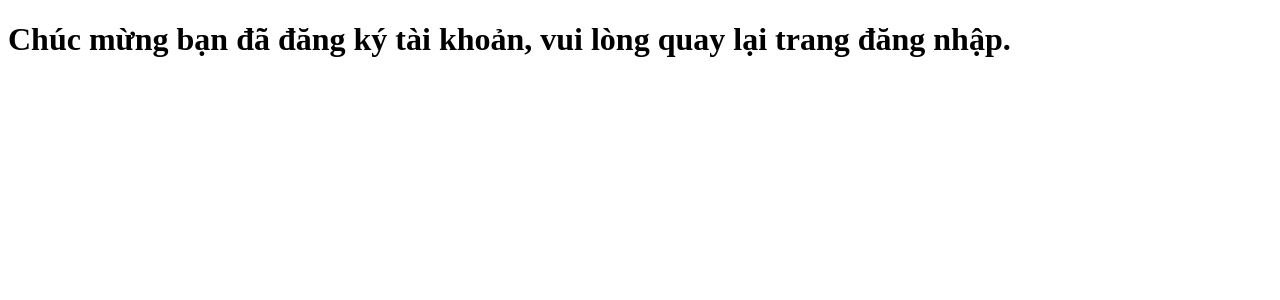
Repository: manhtdxxx/Tour-Booking-Webapp
Page: http://localhost/bookingTour/success.jsp
An editor plug-in stored every save of this project. The page is shown before and after the next save, followed by the edit.
The browser window is 1280 px wide. The pictures show the whole page.
The page is served by Tomcat 9. Other server files are loaded and not shown.

Above is the page before, as saved 2024-11-07 09:44:28.

### bookingTour/src/main/webapp/success.jsp
<%@ page language="java" contentType="text/html; charset=UTF-8" pageEncoding="UTF-8"%>
<!DOCTYPE html>
<html>
<head>
<meta charset="UTF-8">
<title>Insert title here</title>
</head>
<body>
	<div class="container m-5 p-5">
		<h1>Chúc mừng bạn đã đăng ký tài khoản, vui lòng quay lại trang đăng nhập.</h1>
	</div>
</body>
</html>

After the next save:
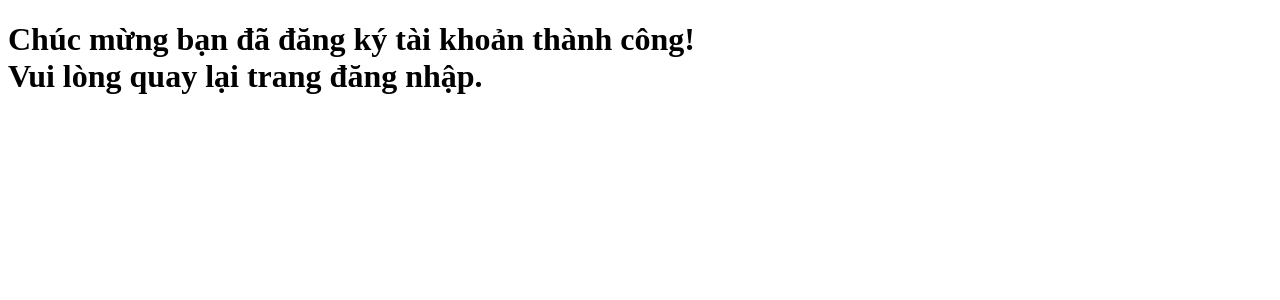
Saved 43 s later.
--- a/bookingTour/src/main/webapp/success.jsp
+++ b/bookingTour/src/main/webapp/success.jsp
@@ -7,7 +7,8 @@
 </head>
 <body>
 	<div class="container m-5 p-5">
-		<h1>Chúc mừng bạn đã đăng ký tài khoản, vui lòng quay lại trang đăng nhập.</h1>
+		<h1>Chúc mừng bạn đã đăng ký tài khoản thành công! <br>
+		Vui lòng quay lại trang đăng nhập.</h1>
 	</div>
 </body>
 </html>
